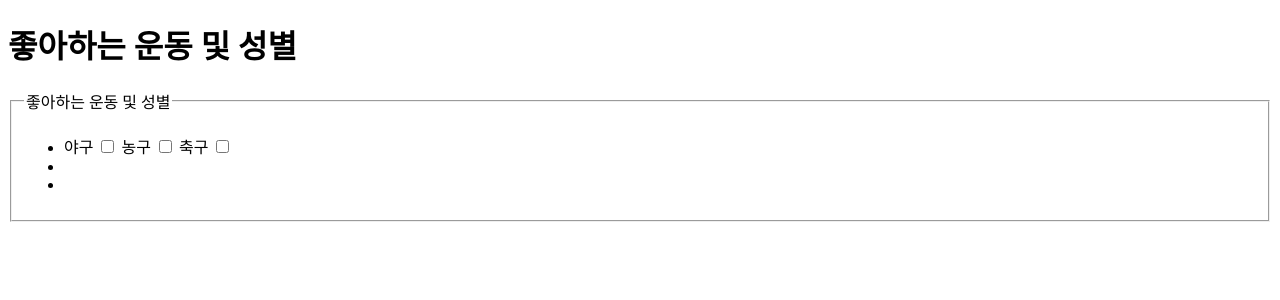
Repository: sgnq008-tech/JSP
Page: http://localhost/WebProject/test/sport.jsp
These files come from the project's save history. The page is drawn as it stood at one moment and after the next save; the edit follows.
The browser window is 1280 px wide. The pictures show the whole page.
The page is served by Tomcat 9. Other server files are loaded and not shown.

Above is the page before, as saved 2026-09-08 00:44:15.

### jsp_workspace/WebProject/src/main/webapp/test/sport.jsp
<%@ page language="java" contentType="text/html; charset=UTF-8"
    pageEncoding="UTF-8"%>
<!DOCTYPE html>
<html>
<head>
<meta charset="UTF-8">
<title>좋아하는 운동 및 성별</title>
</head>
<body>
<h1>좋아하는 운동 및 성별</h1>
<form action="Sport" method="post">
                <fieldset>
                                <legend>좋아하는 운동 및 성별</legend>
                                <ul>
                                <li>
                                       <label>야구</label>
                                       <input type ="checkbox" name="sports" value ="야구">
                                       <label>농구</label>
                                       <input type ="checkbox" name="sports" value ="농구">
                                       <label>축구</label>
                                       <input type ="checkbox" name="sports" value ="축구">
                                </li>
                                <li>

                                </li>
                                <li>

                                </li>
                                </ul>
                </fieldset>

</form>

</body>
</html>

After the next save:
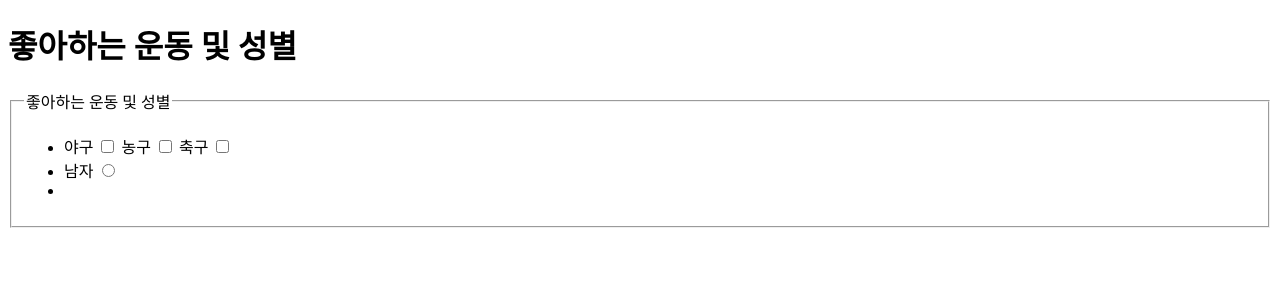
Saved 61 s later.
--- a/jsp_workspace/WebProject/src/main/webapp/test/sport.jsp
+++ b/jsp_workspace/WebProject/src/main/webapp/test/sport.jsp
@@ -21,6 +21,9 @@
                                        <input type ="checkbox" name="sports" value ="축구">
                                 </li>
                                 <li>
+                                      <label>남자</label>
+                                      <input type ="radio" name="gender" value ="남자">
+
 
                                 </li>
                                 <li>
